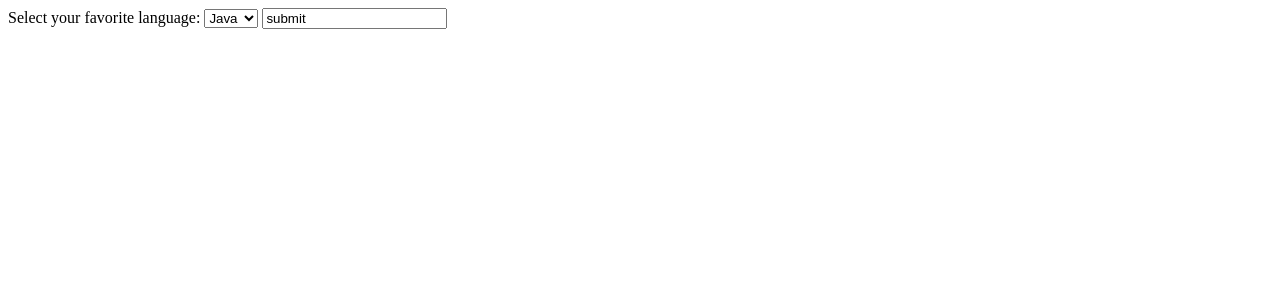
Repository: ddwysg1/JSP-Servlets-and-JDBC-for-beginners
Page: connection_test/jspdemo/WebContent/cookies-personalize-form.html
An editor plug-in stored every save of this project. The page is shown before and after the next save, followed by the edit.
The browser window is 1280 px wide. The pictures show the whole page.

Above is the page before, as saved 2018-07-17 03:36:24.

After the next save:
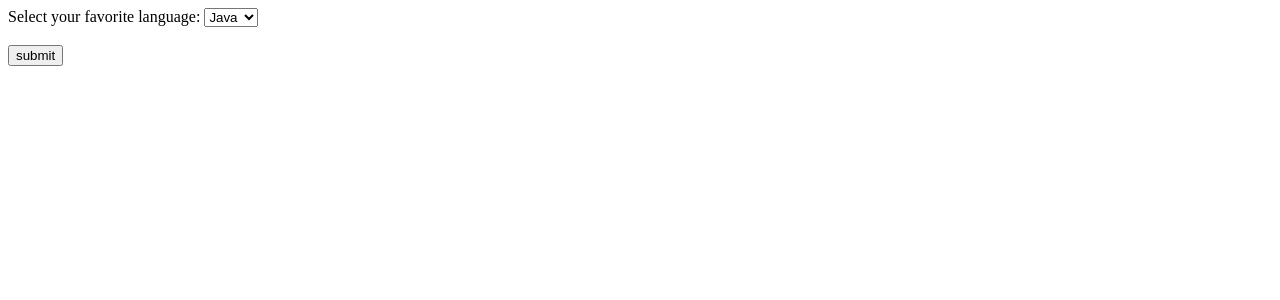
Saved 16 s later.
--- a/connection_test/jspdemo/WebContent/cookies-personalize-form.html
+++ b/connection_test/jspdemo/WebContent/cookies-personalize-form.html
@@ -11,7 +11,8 @@ Select your favorite language:
 	<option>Ruby</option>
 	<option>C#</option>
 </select>
-<input name = "submit" value = "submit" />
+</br></br>
+<input type = "submit" value = "submit" />
 </form>
 </body>
 </html>
